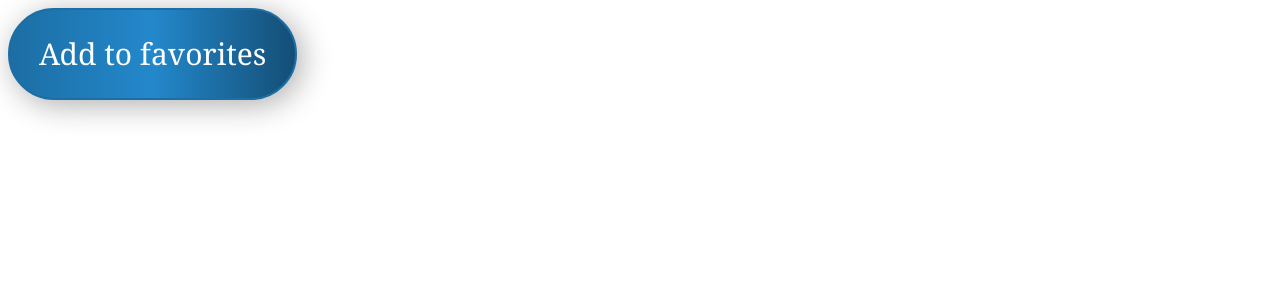
Repository: Jok98/CentriVaccinaliWebApp
Page: http://localhost/CentriVaccinaliOperatori/
An editor plug-in stored every save of this project. The page is shown before and after the next save, followed by the edit.
The browser window is 1280 px wide. The pictures show the whole page.
The page is served by Tomcat 9.

Above is the page before, as saved 2022-09-24 13:10:03.

After the next save:
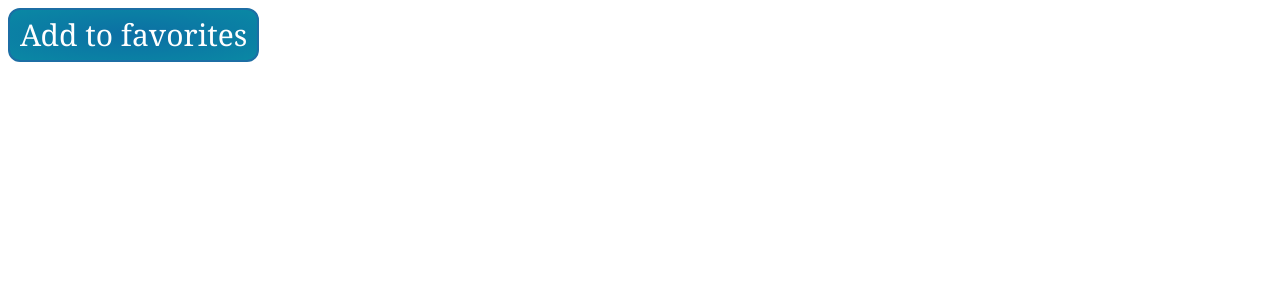
Saved 2 min 57 s later.
--- a/CentriVaccinaliOperatori/src/main/webapp/operatori.css
+++ b/CentriVaccinaliOperatori/src/main/webapp/operatori.css
@@ -1,7 +1,7 @@
 @charset "ISO-8859-1";
-.button{
-color: rgb(255, 255, 255); font-size: 30px; line-height: 30px; padding: 29px; border-radius: 50px; font-family: Georgia, serif; font-weight: normal; text-decoration: none; font-style: normal; font-variant: normal; text-transform: none; background-image: linear-gradient(to right, rgb(28, 110, 164) 0%, rgb(35, 136, 203) 50%, rgb(20, 78, 117) 100%); box-shadow: rgba(0, 0, 0, 0.32) 5px 5px 31px 0px; border: 2px solid rgb(28, 110, 164); display: inline-block;}
+.button {
+color: rgb(255, 255, 255); font-size: 30px; line-height: 30px; padding: 10px; border-radius: 12px; font-family: Georgia, serif; font-weight: normal; text-decoration: none; font-style: normal; font-variant: normal; text-transform: none; background-image: radial-gradient(at center center, rgb(12, 111, 164) 0%, rgb(10, 136, 164) 100%, rgb(12, 111, 164) 100%); box-shadow: rgba(0, 0, 0, 0) 81px -57px 0px 0px; border: 2px solid rgb(28, 110, 164); display: inline-block;}
 .button:hover {
-background: #1C6EA4; }
+background: #0C6FA4; }
 .button:active {
-background: #144E75; }
+background: #0C6FA4; }
